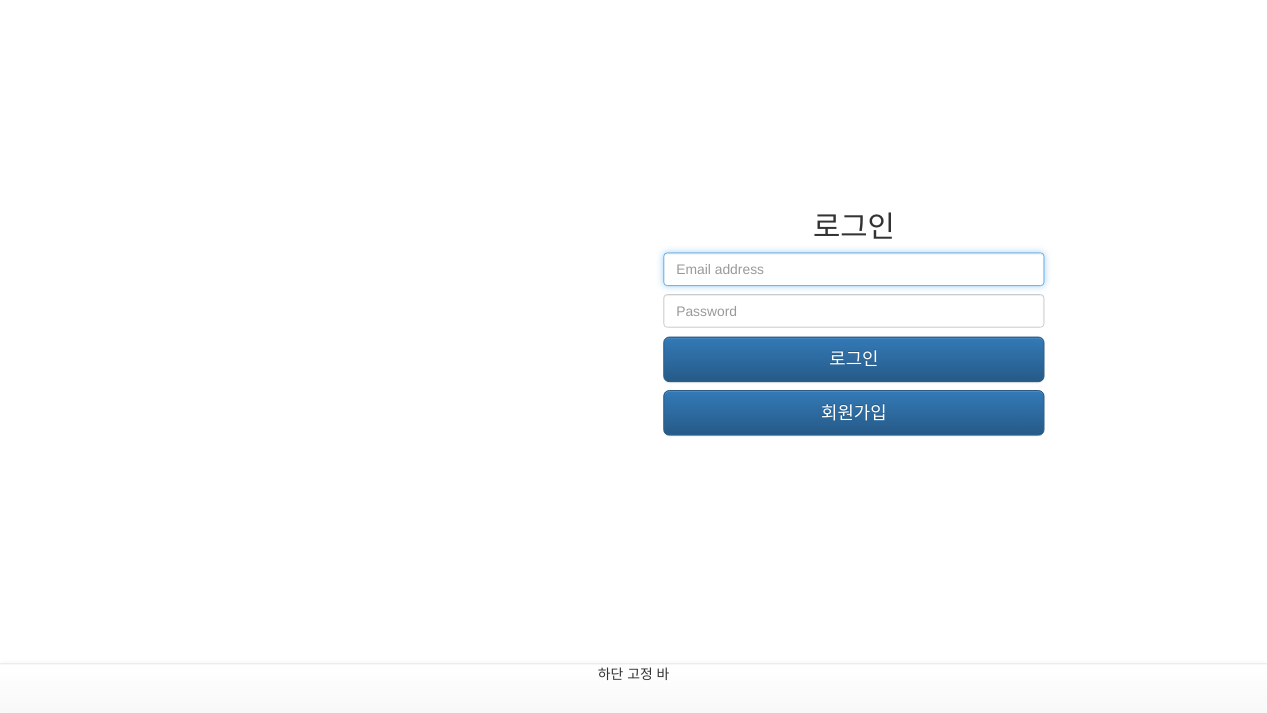
Repository: hrhwbp/Acorn-Final-Project
Page: http://localhost/final_project/index.jsp
An editor plug-in stored every save of this project. The page is shown before and after the next save, followed by the edit.
The browser window is 1280 px wide. The pictures show the whole page, at 99% of full size.
Some web libraries are served in a nearby version. The page is served by Tomcat 9. Nobody is signed in. The application's start-up code is not run. Other server files are loaded and not shown.

Above is the page before, as saved 2016-10-26 08:00:57.

### final_project/src/main/webapp/index.jsp
<%@ page language="java" contentType="text/html; charset=UTF-8"
	pageEncoding="UTF-8"%>
<!DOCTYPE html">
<html>
<head>
<meta http-equiv="Content-Type" content="text/html; charset=UTF-8">
<title>REMIND</title>
<!-- 합쳐지고 최소화된 최신 CSS -->
<link rel="stylesheet"
	href="https://maxcdn.bootstrapcdn.com/bootstrap/3.3.2/css/bootstrap.min.css">
<!-- 부가적인 테마 -->
<link rel="stylesheet"
	href="https://maxcdn.bootstrapcdn.com/bootstrap/3.3.2/css/bootstrap-theme.min.css">
<style type="text/css">
.top_pd {
	padding-top: 2%;
}

.bottom_pd {
	padding-bottom: 2%;
}

.main_pd {
	padding-top: 15%;
	padding-bottom: 20%;
}

.lbl_pd {
	padding-top: 3%
}
</style>
<!-- 합쳐지고 최소화된 최신 자바스크립트 -->
<script
	src="https://ajax.googleapis.com/ajax/libs/jquery/3.1.1/jquery.min.js"></script>
<script
	src="https://maxcdn.bootstrapcdn.com/bootstrap/3.3.2/js/bootstrap.min.js"></script>
<script type="text/javascript">
$(document).ready(function() {
	$("#showjoin").hide()
})

function login() {
	$("#showjoin").hide()
	$("#showlogin").show()
}

function join() {
	$("#showlogin").hide()
	$("#showjoin").show()
}
</script>
</head>
<body class="center-block()">
	<div class="container main_pd">
		<div class="container col-md-5 col-md-offset-1"></div>
		<div class="container col-md-5">
			<div class="row col-md-12" title="" id="showlogin">
				<form class="form-signin">
					<h2 class="form-signin-heading text-center">로그인</h2>
					<div class="col-md-12">
						<label for="inputEmail" class="sr-only">Email address</label> <input
							type="email" id="inputEmail" class="form-control"
							placeholder="Email address" required autofocus>
					</div>
					<div class="col-md-12 top_pd">
						<label for="inputPassword" class="sr-only">Password</label> <input
							type="password" id="inputPassword" class="form-control"
							placeholder="Password" required>
					</div>
					<div class="col-md-12 top_pd">
					<button class="btn btn-lg btn-primary btn-block" type="submit">로그인</button>
					</div>
				</form>
				<div class="col-md-12 top_pd">
				<button class="btn btn-lg btn-primary btn-block" type="button" onclick="join()">회원가입</button>
				</div>
			</div>

			<!-- -------------------------------------- -->
			<div class="row col-md-12" id="showjoin">
				<form class="form-signin">
					<h2 class="form-signin-heading text-center">회원가입</h2>
					<div class="row-md-12">
						<label for="inputEmail" class="sr-only">Email address</label> <input
							type="email" id="inputEmail" class="form-control"
							placeholder="Email address" required autofocus>
					</div>
					<div class="row-md-12 top_pd">
						<label for="inputPassword" class="sr-only">Password</label> <input
							type="password" id="inputPassword" class="form-control"
							placeholder="Password" required>
					</div>
					<div class="row-md-12 top_pd">
						<label for="passwordCheck" class="sr-only">PasswordCheck</label> <input
							type="password" id="passwordCheck" class="form-control"
							placeholder="PasswordCheck" required>
					</div>
					<div class="row-md-12 top_pd">
						<label for="inputName" class="sr-only">Name</label> <input
							type="text" class="form-control" id="inputName"
							placeholder="Name" required>
					</div>
					<div class="row form-group">
						<div class="col-md-4 top_pd text-right">
							<label class="">년도</label> <select class="form-control">
								<option>9999</option>
								<option>2</option>
								<option>3</option>
								<option>4</option>
								<option>1115</option>
							</select>
						</div>

						<div class="col-md-3 col-md-offset-2 top_pd text-right">
							<label class="">월</label> <select class="form-control">
								<option>1</option>
								<option>2</option>
								<option>3</option>
								<option>4</option>
								<option>10</option>
							</select>
						</div>

						<div class="col-md-3 top_pd text-right">
							<label class="" for="ss">일</label> <select id="ss"
								class="form-control" style="font-size: 10px">
								<option>1</option>
								<option>2</option>
								<option>3</option>
								<option>4</option>
								<option>10</option>
							</select>
						</div>
					</div>
					<div class="row">
						<label class="col-md-6">성별을 선택해주세요</label>
						<div class="col-md-4 col-md-offset-2">
						<label class="radio-inline"> <input type="radio"
							name="inlineRadioOptions" id="inlineRadio1" value="option1">
							남
						</label> <label class="radio-inline"> <input type="radio"
							name="inlineRadioOptions" id="inlineRadio2" value="option2">
							여
						</label>
						</div>
					</div>
					<div class="row-md-12 top_pd">
						<button class="btn btn-lg btn-primary btn-block" type="submit">가입완료</button>
					</div>
				</form>
					<div class="row-md-12 text-right">
						아이디가 있으십니까? &nbsp; <a href="javascript:login()">로그인</a>
					</div>

			</div>
		</div>
	</div>
	<%@include file="bottom.jsp"%>
</body>
</html>

### final_project/src/main/webapp/bottom.jsp
<%@ page language="java" contentType="text/html; charset=UTF-8"
    pageEncoding="UTF-8"%>
<!DOCTYPE html PUBLIC "-//W3C//DTD HTML 4.01 Transitional//EN" "http://www.w3.org/TR/html4/loose.dtd">
<html>
<head>
<meta http-equiv="Content-Type" content="text/html; charset=UTF-8">
<title>Insert title here</title>
</head>
<body>
<nav class="navbar navbar-default navbar-fixed-bottom">
  <div class="container">
  	<div class="row text-center">
  	 	하단 고정 바
  	</div>
  </div>
</nav>
</body>
</html>

After the next save:
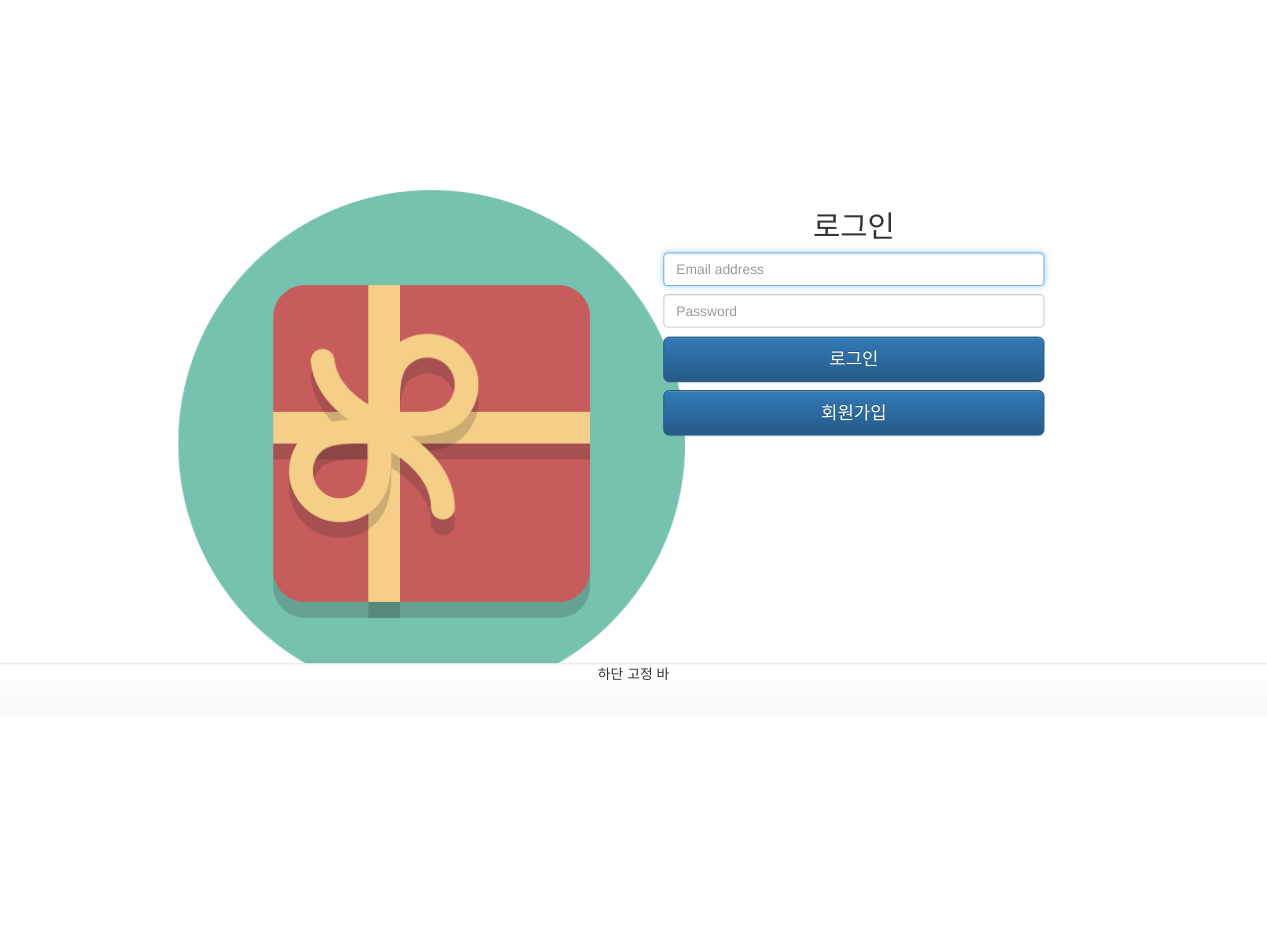
Saved 3 min 32 s later.
--- a/final_project/src/main/webapp/index.jsp
+++ b/final_project/src/main/webapp/index.jsp
@@ -52,7 +52,9 @@ function join() {
 </head>
 <body class="center-block()">
 	<div class="container main_pd">
-		<div class="container col-md-5 col-md-offset-1"></div>
+		<div class="container col-md-5 col-md-offset-1">
+			<img src="resources/image/logo.png" class="img-rounded">
+		</div>
 		<div class="container col-md-5">
 			<div class="row col-md-12" title="" id="showlogin">
 				<form class="form-signin">
